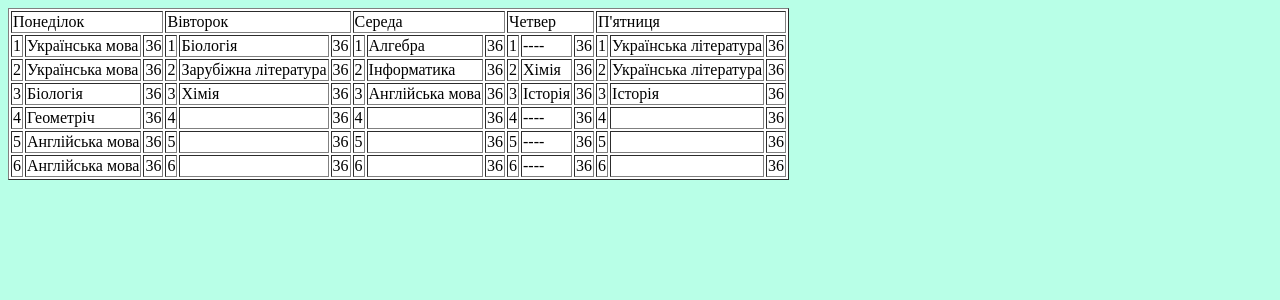
Repository: alexandrastarovoyda-star/homework_info
Page: pr7/html/pr7.html
These files come from the project's save history. The page is drawn as it stood at one moment and after the next save; the edit follows.
The browser window is 1280 px wide. The pictures show the whole page.

Above is the page before, as saved 2026-03-14 19:17:08.

After the next save:
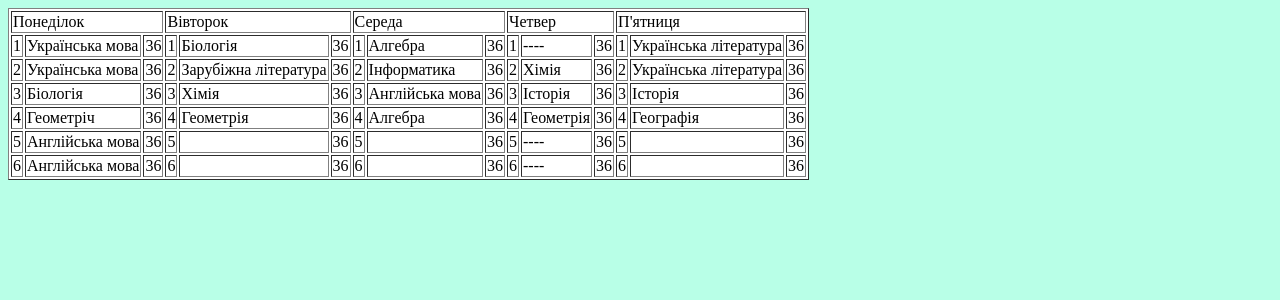
Saved 42 s later.
--- a/pr7/html/pr7.html
+++ b/pr7/html/pr7.html
@@ -37,10 +37,10 @@
         </tr>
         <tr>
         <td>4</td><td>Геометріч</td><td>36</td>
-        <td>4</td><td></td><td>36</td>
-        <td>4</td><td></td><td>36</td>
-        <td>4</td><td>----</td><td>36</td>
-        <td>4</td><td></td><td>36</td>
+        <td>4</td><td>Геометрія</td><td>36</td>
+        <td>4</td><td>Алгебра</td><td>36</td>
+        <td>4</td><td>Геометрія</td><td>36</td>
+        <td>4</td><td>Географія</td><td>36</td>
         </tr>
         <tr>
         <td>5</td><td>Англійська мова</td><td>36</td>
